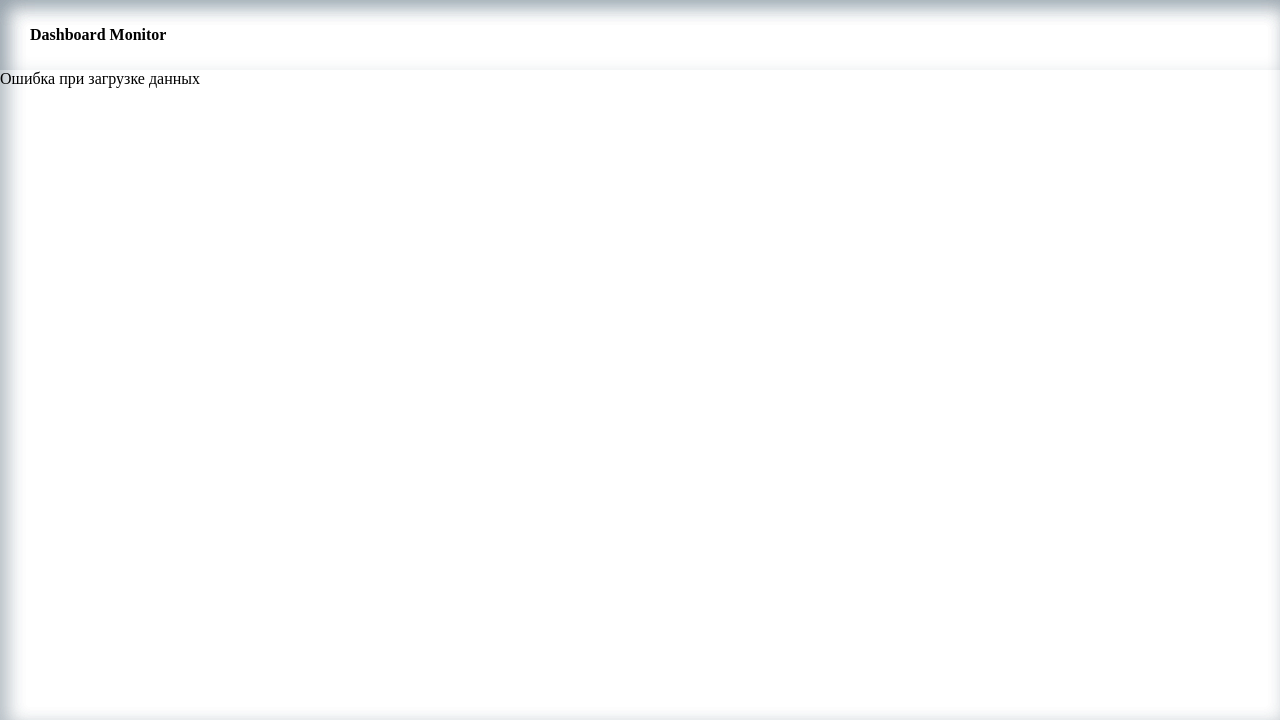
Repository: egorgloom/dashboard
Page: /
The author's editor kept a copy of each file at every save. The page is drawn from the files as they stood at one save, then again after the next save.
The browser window is 1280 px wide. The pictures show the whole page.
The page's requests for data from a server got no answer. The project was rebuilt for these pictures with package versions that can differ from the ones it lists, and the page was loaded fresh each time. No one was signed in, and anything a server would have sent is missing. Also part of the build but not shown: webpack.config.js, src/components/ItemCard/ItemCard.tsx, src/components/Charts/MetricsChart.tsx, src/components/SingleServerMetrics/SingleServerMetrics.tsx.

Above is the page before, as saved 2025-04-23 22:09:42.

After the next save:
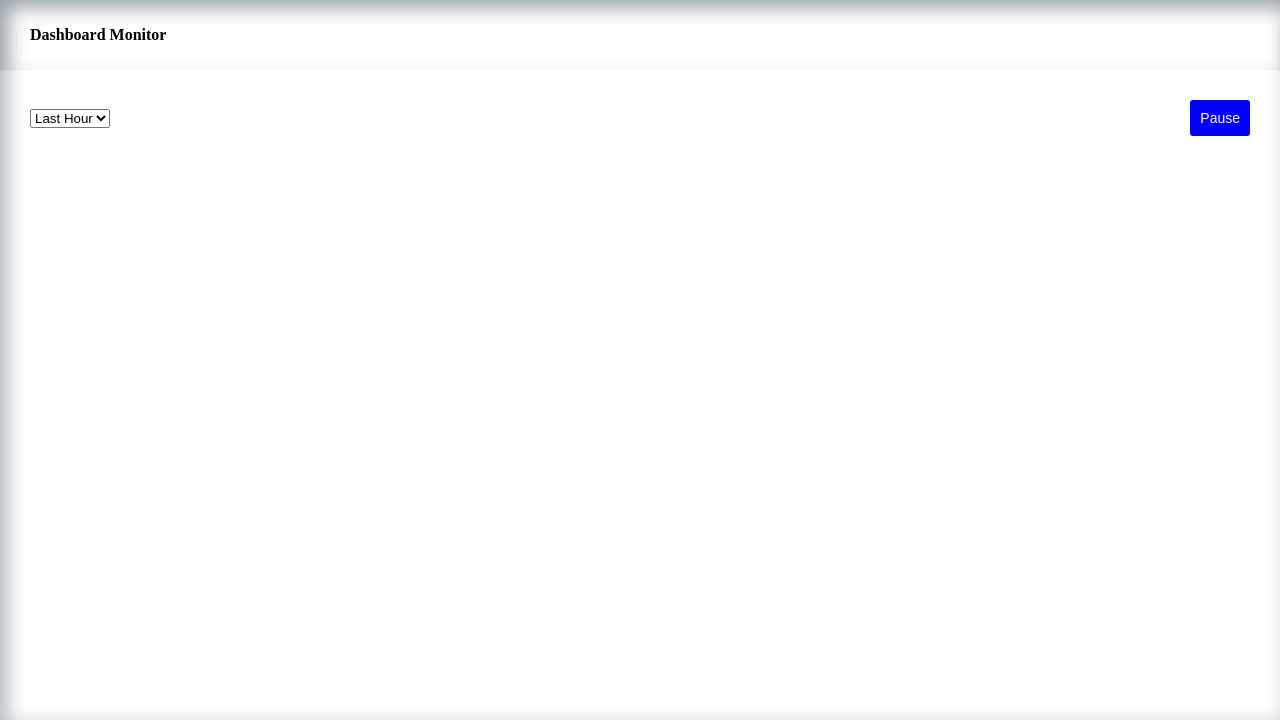
Saved 11 min 46 s later.
--- a/src/components/OverviewPage/OverviewPage.tsx
+++ b/src/components/OverviewPage/OverviewPage.tsx
@@ -12,54 +12,54 @@ import { useDispatch } from 'react-redux';
 import { changePeriod } from '../../slice/filterSlice';
 
 
+interface IOverviewPage { }
 
-const OverviewPage: FC = () => {
+const OverviewPage: FC<IOverviewPage> = () => {
 
-    const { data, error, isLoading } = useGetMetricsQuery();
+    const {data, error, isLoading} = useGetMetricsQuery();
 
-    const selectedPeriod = useAppSelector((state) => state.period.selectedPeriod);
+    const selectedPeriod  = useAppSelector((state) => state.period.selectedPeriod);
 
     const dispatch = useDispatch();
 
     const handleChange = (event: React.ChangeEvent<HTMLSelectElement>) => {
         dispatch(changePeriod(event.target.value as 'h1' | 'h6' | 'h12'));
-    };
+      };
 
-    const processData = useCallback(
-        (item: IMetrics): IMetrics | null => {
+      const processData = useCallback(
+        (item: IMetrics) => {
             const periodData = item.historicalData?.[selectedPeriod];
-            if (periodData) {
-                return {
-                    id: item.id,
-                    server: item.server,
-                    errors: item.errors,
-                    location: item.location,
-                    responseTime: periodData.responseTime,
-                    rps: periodData.rps?.join(', '),
-                    cpu: periodData.cpu?.join(', '),
-                    memory: periodData.memory?.join(', '),
-                };
-            }
-            return null;
-        }, [selectedPeriod]);
 
-    const filteredData = data?.map((item: IMetrics) => processData(item));
+        if (periodData) {
+          return {
+            id: item.id,
+            server: item.server,
+            errors: item.errors,
+            location: item.location,
+            // timestamp: periodData.timestamp,
+            responseTime: periodData.responseTime,
+            rps: periodData.rps,
+            cpu: periodData.cpu,
+            memory: periodData.memory,
+          };
+        }
+        return null;
 
-    console.log(filteredData)
+      }, [selectedPeriod]);
+
+      const filteredData = data?.map((item: IMetrics) => processData(item)).filter((item) => item !== null);
+
+    //   const validData = filteredData?.filter((item) => item !== null);
 
 
-    if (isLoading)
-        return <div>Loading...</div>;
 
-    if (error)
-        return <div>Ошибка при загрузке данных</div>;
-
+      console.log('filteredData', filteredData)
     return (
         <>
             <div className='wrapper'>
                 <div className='wrapper__filters'>
                     <div className='wrapper__filter-select'>
-                        <select value={selectedPeriod} onChange={handleChange}>
+                    <select value={selectedPeriod} onChange={handleChange}>
                             <option value="h1">Last Hour</option>
                             <option value="h6">h6</option>
                             <option value="h12">h12</option>
@@ -86,10 +86,15 @@ const OverviewPage: FC = () => {
                     </div>
                 </div>
                 <div className='all-cards'>
-                    {filteredData?.map((elem: IMetrics | null) => {
-                        if (!elem) return null;
-                        return <ItemCard elem={elem} key={elem.id} />;
-                    })}
+                {filteredData?.map((elem: IMetrics) => <ItemCard elem={elem} key={elem.id}/>)}
+
+                {/* {filteredData?.map((elem: any) => <div>{elem.cpu}</div>)} */}
+
+                {filteredData?.map((elem: IMetrics) => {
+  if (!elem) return null;
+  return <ItemCard elem={elem} key={elem.id} />;
+})}
+
                 </div>
             </div>
         </>
